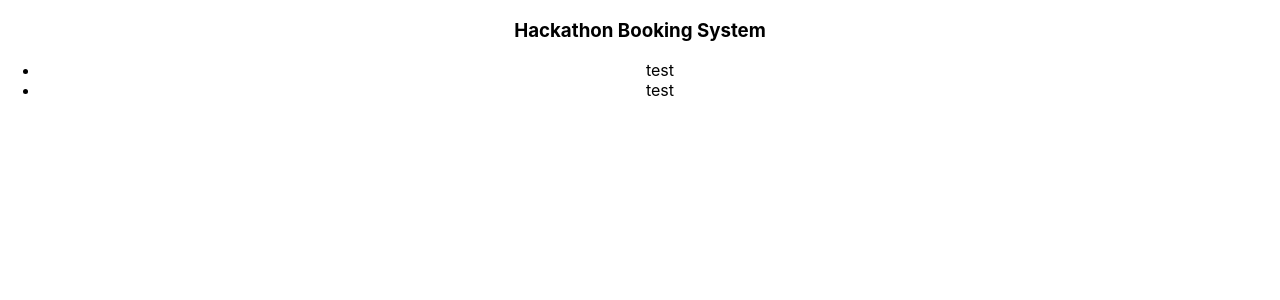
Repository: marlonguerios/onerecord_hackathon_2022
Page: /
An editor plug-in stored every save of this project. The page is shown before and after the next save, followed by the edit.
The browser window is 1280 px wide. The pictures show the whole page.
The project was rebuilt for these pictures with package versions that can differ from the ones it lists, and the page was loaded fresh each time.

Above is the page before, as saved 2022-10-22 16:13:28.

### src/App.js
import logo from './logo.svg';
import './App.css';
import Fetch from './Fetch.js';

const datasetId = "TheBackend"

function App() {
  return (
    <Fetch>
      {({ data }) => (
      <>
        <div className="App">
          <h3>Hackathon Booking System</h3>
          <div>
            <ul>
            { data.map( (awb) => {
                return <li>test</li>


              // return <li key={awb["iata:booking:waybillNumber"]["iata:waybill:waybillNumber"]}>
              //   {awb["iata:booking:waybillNumber"]["iata:waybill:waybillNumber"]}
              //   </li>
            })}
            </ul>
          </div>
        </div>
      </>
      )}
    </Fetch>
  );
}

export default App;

### src/Fetch.js
import React, { Component } from "react";

class Fetch extends Component {

    datalistId = "TheDatabase";

    state = {
        data: []
    }

    storeInitialList() {
        console.log("storing initial list");
        const dataToStore = [
            {
                "@context": {
                    "iata": "https://onerecord.iata.org/"
                },
                "@type": "iata:Booking",
                "iata:bookingOption:bookingStatus": "KK",
                "iata:bookingOption:shipmentSecurityStatus": "SCR",
                "iata:customsInfo:customsInfoNote": "",
                "iata:customsInfo:customsClearanceStatus": "NEW",
                "iata:booking:carrier": {
                    "iata:carrier:airlineCode": "014",
                    "iata:carrier:airlinePrefix": "AC"
                },
                "iata:booking:carrierProductInfo": {
                    "iata:carrierProduct:productCode": "AFR",
                    "iata:carrierProduct:productDescription": "General"
                },
                "iata:booking:consignee": {
                    "iata:country:countryCode": "GB",
                    "iata:address:cityName": "London",
                    "iata:address:postalCode": "TW14 8EO",
                    "iata:address:street": "Logistics Rd.",
                    "iata:company:companyName": "London Logistics Inc",
                },
                "iata:booking:freightForwarder": {
                    "iata:country:countryCode": "CA",
                    "iata:address:cityName": "CALGARY",
                    "iata:address:postalCode": "E1E 4F4",
                    "iata:address:street": "Main St",
                    "iata:company:companyName": "Calgary Logistics Inc",
                },
                "iata:booking:shipper": {
                    "iata:country:countryCode": "CA",
                    "iata:address:cityName": "CALGARY",
                    "iata:address:postalCode": "E1E 4F4",
                    "iata:address:street": "Main St",
                    "iata:company:companyName": "Calgary Logistics Inc",
                },
                "iata:booking:price": {
                    "iata:price:grandTotal": 551.0
                },
                "iata:booking:shipmentDetails": {
                    "iata:piece:goodsDescription": "Hackathon Jackets",
                    "iata:volumetricWeight:chargeableWeight": {
                        "iata:value:unit": "KG",
                        "iata:value:value": 210.0
                    },
                    "iata:shipment:totalGrossWeight": {
                        "iata:value:unit": "KG",
                        "iata:value:value": 210.0
                    },
                    "iata:shipment:totalPieceCount": "1"
                },
                "iata:booking:transportMovement": {
                    "iata:bookingSegment:preferredTransportId": "AC851",
                    "iata:movementTimes:movementTimestamp": "2022-10-22 20:15:00",
                    "iata:transportMovement:arrivalLocation": {
                        "iata:location:code": "LHR",
                        "iata:country:countryCode": "GB",
                    },
                    "iata:transportMovement:departureLocation": {
                        "iata:location:code": "YYC",
                        "iata:country:countryCode": "CA",
                    }
                },
                "iata:booking:waybillNumber": {
                    "iata:waybill:waybillNumber": "01465614382"
                }
            },
            {
                "@context": {
                    "iata": "https://onerecord.iata.org/"
                },
                "@type": "iata:Booking",
                "iata:bookingOption:bookingStatus": "KK",
                "iata:bookingOption:shipmentSecurityStatus": "SCR",
                "iata:customsInfo:customsInfoNote": "",
                "iata:customsInfo:customsClearanceStatus": "NEW",
                "iata:booking:carrier": {
                    "iata:carrier:airlineCode": "014",
                    "iata:carrier:airlinePrefix": "AC"
                },
                "iata:booking:carrierProductInfo": {
                    "iata:carrierProduct:productCode": "AFR",
                    "iata:carrierProduct:productDescription": "General"
                },
                "iata:booking:consignee": {
                    "iata:country:countryCode": "DE",
                    "iata:address:cityName": "Frankfurt",
                    "iata:address:postalCode": "78748",
                    "iata:address:street": "Logisticstrasse 89",
                    "iata:company:companyName": "Fra Logistics GmbH",
                },
                "iata:booking:freightForwarder": {
                    "iata:country:countryCode": "CA",
                    "iata:address:cityName": "Toronto",
                    "iata:address:postalCode": "E1E 4F4",
                    "iata:address:street": "Main St",
                    "iata:company:companyName": "Toronto Logistics Inc",
                },
                "iata:booking:shipper": {
                    "iata:country:countryCode": "CA",
                    "iata:address:cityName": "Toronto",
                    "iata:address:postalCode": "E1E 4F4",
                    "iata:address:street": "Main St",
                    "iata:company:companyName": "Toronto Logistics Inc",
                },
                "iata:booking:price": {
                    "iata:price:grandTotal": 819.0
                },
                "iata:booking:shipmentDetails": {
                    "iata:piece:goodsDescription": "Hackathon Props",
                    "iata:volumetricWeight:chargeableWeight": {
                        "iata:value:unit": "KG",
                        "iata:value:value": 320.0
                    },
                    "iata:shipment:totalGrossWeight": {
                        "iata:value:unit": "KG",
                        "iata:value:value": 280.0
                    },
                    "iata:shipment:totalPieceCount": "1"
                },
                "iata:booking:transportMovement": {
                    "iata:bookingSegment:preferredTransportId": "AC863",
                    "iata:movementTimes:movementTimestamp": "2022-10-22 20:15:00",
                    "iata:transportMovement:arrivalLocation": {
                        "iata:location:code": "FRA",
                        "iata:country:countryCode": "DE",
                    },
                    "iata:transportMovement:departureLocation": {
                        "iata:location:code": "YYZ",
                        "iata:country:countryCode": "CA",
                    }
                },
                "iata:booking:waybillNumber": {
                    "iata:waybill:waybillNumber": "01465938082"
                }
            }
        ]
        localStorage.setItem(this.datalistId, JSON.stringify(dataToStore));
        console.log("data stored!");
    }

    componentDidMount() {
        let datalist = localStorage.getItem(this.datalistId);
        if (datalist == null) {
            // save initial list
            this.storeInitialList();
            datalist = localStorage.getItem(this.datalistId);
        } else {
            console.log("Loading pre-existing data");
        }
        let bookings = JSON.parse(datalist);
        console.log(bookings);
        this.setState({ loading: false, data: bookings })
    }

    render() {
        return this.props.children(this.state);
    }

}

export default Fetch;

Loaded but not shown: public/index.html (common file); src/index.js (common file); src/index.css (common file); src/reportWebVitals.js (common file); src/App.css (common file)

After the next save:
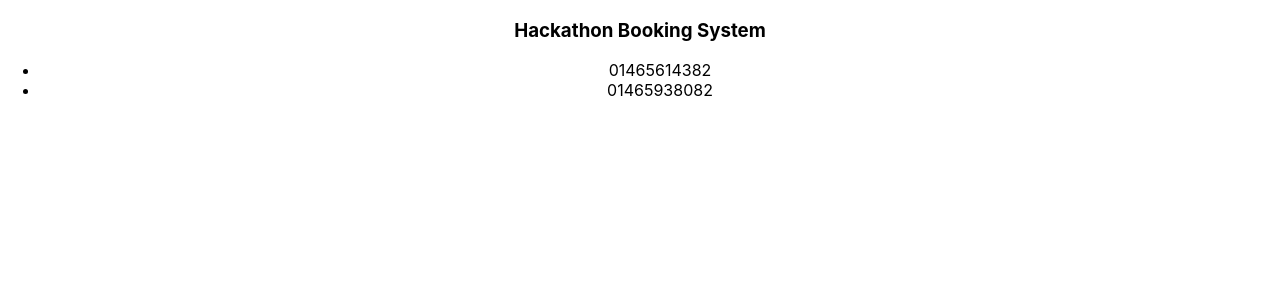
Saved 15 s later.
--- a/src/App.js
+++ b/src/App.js
@@ -14,12 +14,9 @@ function App() {
           <div>
             <ul>
             { data.map( (awb) => {
-                return <li>test</li>
-
-
-              // return <li key={awb["iata:booking:waybillNumber"]["iata:waybill:waybillNumber"]}>
-              //   {awb["iata:booking:waybillNumber"]["iata:waybill:waybillNumber"]}
-              //   </li>
+              return <li key={awb["iata:booking:waybillNumber"]["iata:waybill:waybillNumber"]}>
+                {awb["iata:booking:waybillNumber"]["iata:waybill:waybillNumber"]}
+                </li>
             })}
             </ul>
           </div>
